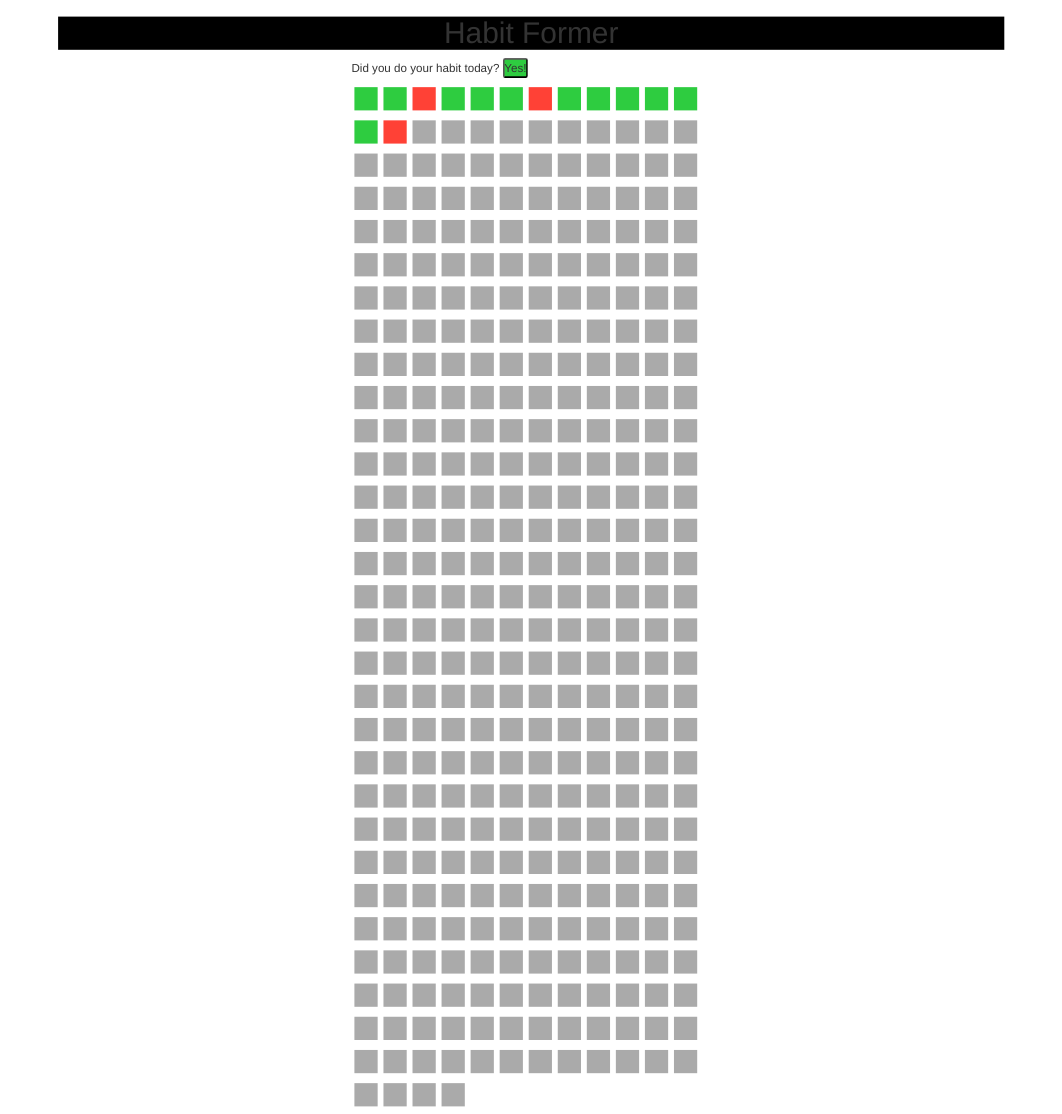
Repository: wsbrunson/wsbrunson.github.io
Page: index.html
The author's editor kept a record of every edit. The page is drawn from the files as they stood at one moment, then again after the next edit.
The browser window is 1280 px wide. The pictures show the whole page, at 83% of full size.

Above is the page before.

After the next edit:
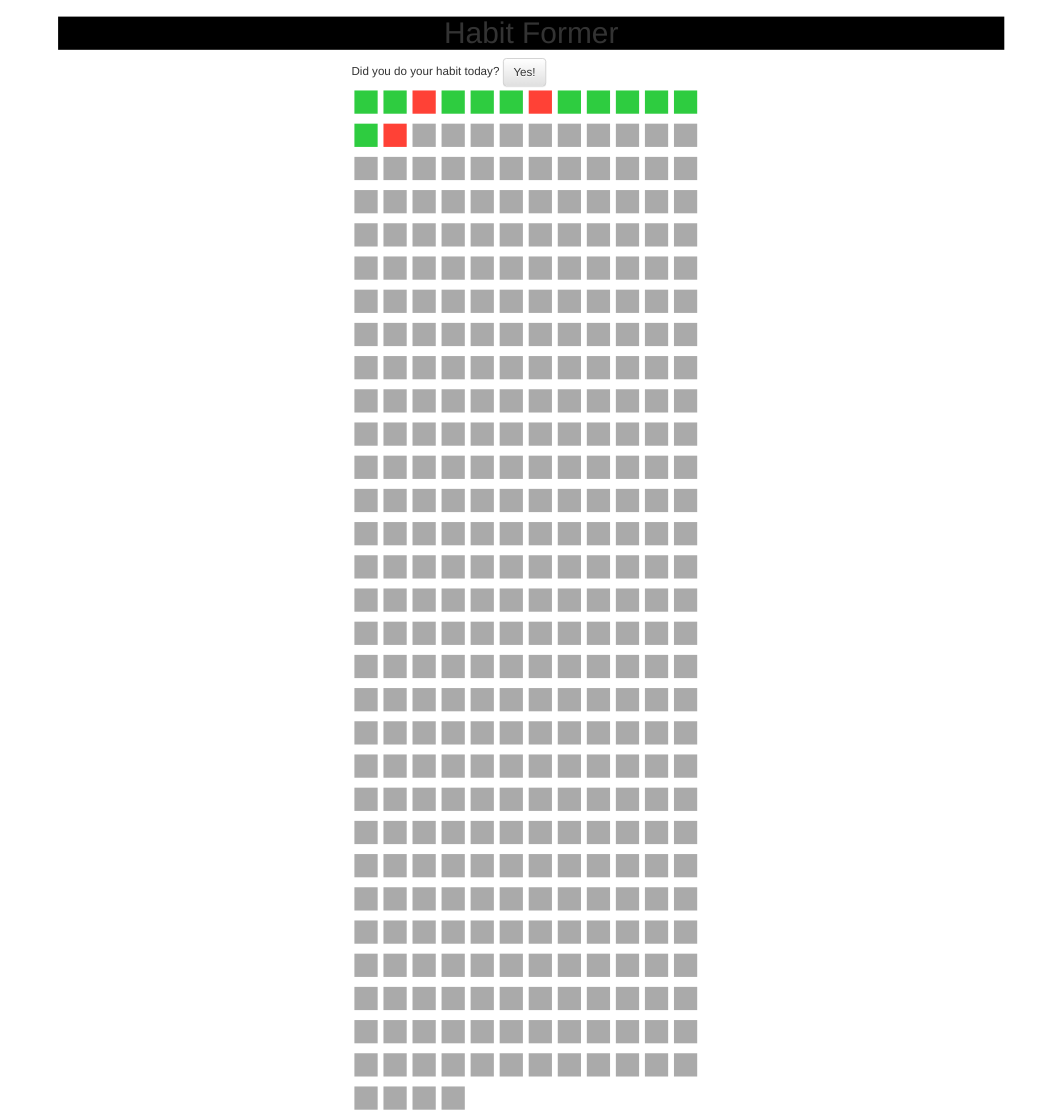
The edit:
--- a/index.html
+++ b/index.html
@@ -14,7 +14,7 @@
     </div>
     <div class="user-form">
       <p>Did you do your habit today?</p>
-      <input id="yes-button" type="button" value="Yes!"></input>
+      <button class="btn btn-default" type="button">Yes!</button>
     </div>
     <div class="main">
 
